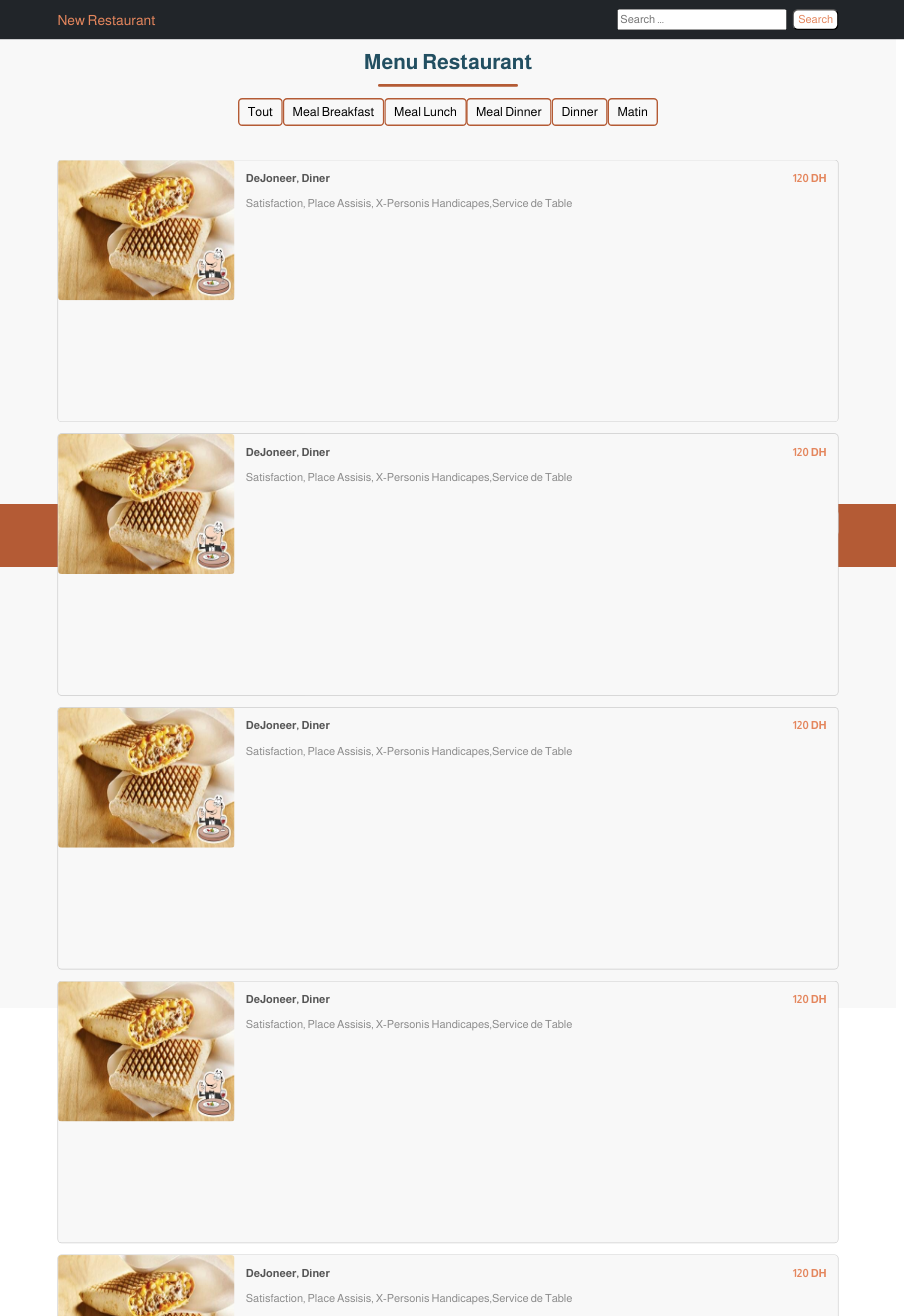
Repository: SD-Mdouka/react-table
Page: /
An editor plug-in stored every save of this project. The page is shown before and after the next save, followed by the edit.
The browser window is 1280 px wide. The page is 1292 px wide, so the pictures cover 1292 px, including what lies to the right of the window. The pictures show the part of the page from y = 0 to 1880 px (the page is 2965 px tall before and 2989 px after), at 70% of full size.
The page's requests for data from a server got no answer. The project was rebuilt for these pictures with package versions that can differ from the ones it lists, and the page was loaded fresh each time. No one was signed in, and anything a server would have sent is missing. Also part of the build but not shown: src/react-table-filter/table-list-card/components/CardMovies.tsx.

Above is the page before, as saved 2022-10-14 17:44:59.

After the next save:
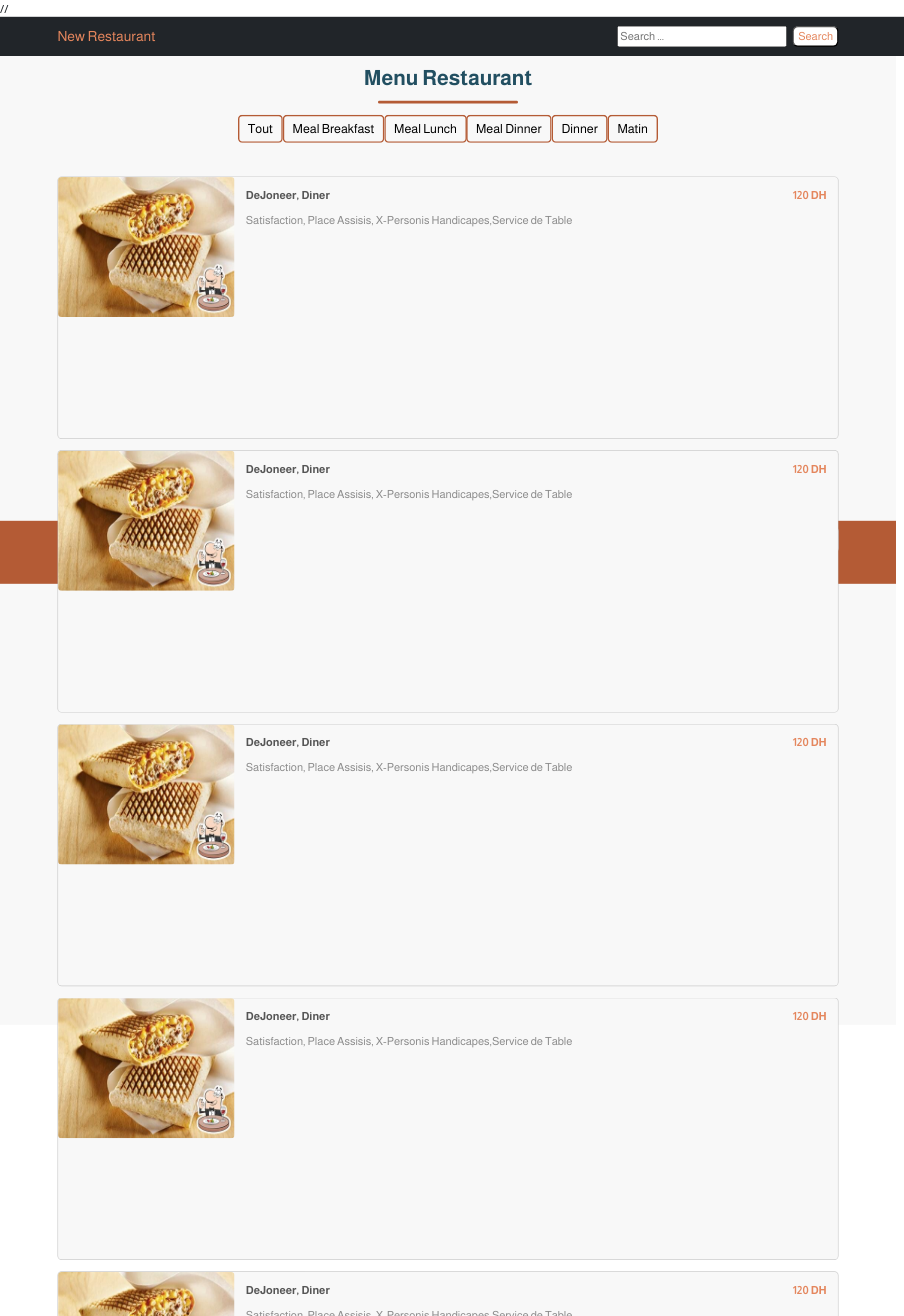
Saved 11 s later.
--- a/src/App.tsx
+++ b/src/App.tsx
@@ -5,7 +5,7 @@ import TableMenu from "./react-table-filter/table-menu";
 export const App = () => {
   return (
     <>
-      <TableMenu />
+      // <TableMenu />
       <TableCard />
     </>
   );
